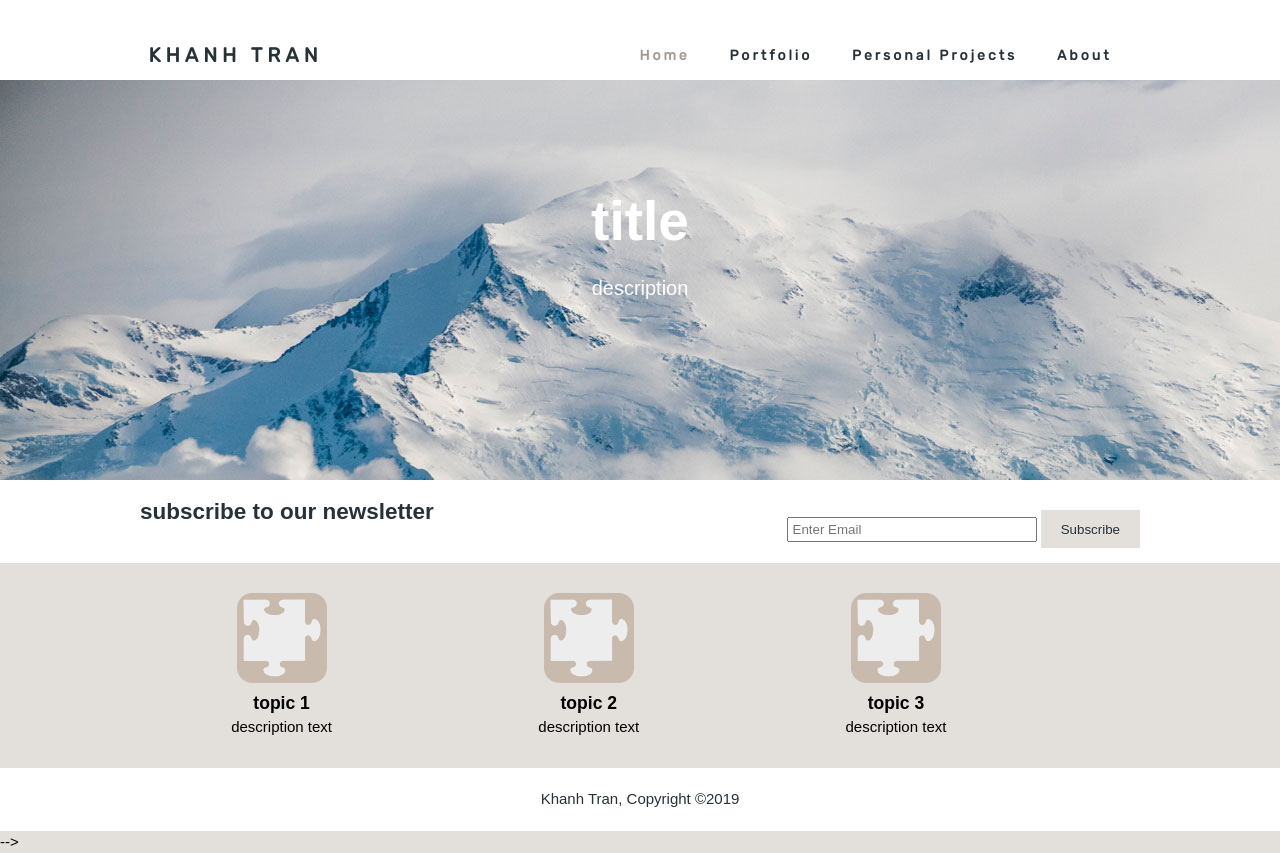
Repository: KTPo/KTPo.github.io
Page: index.html
The author's editor kept a record of every edit. The page is drawn from the files as they stood at one moment, then again after the next edit.
The browser window is 1280 px wide. The pictures show the whole page.

Above is the page before.

After the next edit:
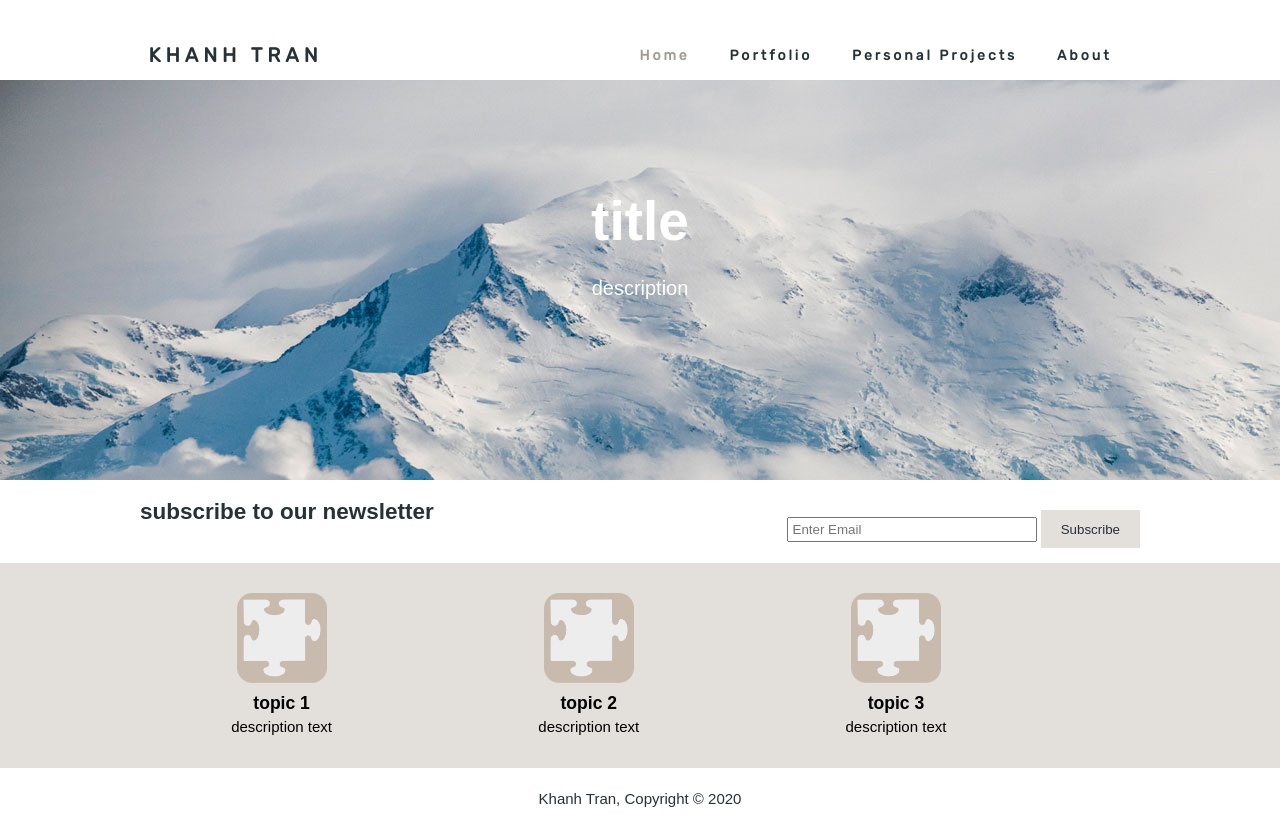
The edit:
--- a/index.html
+++ b/index.html
@@ -76,8 +76,8 @@
         </section>
 
         <footer>
-            <p>Khanh Tran, Copyright &copy;2019</p>
-        </footer>-->
+            <p>Khanh Tran, Copyright &copy; 2020</p>
+        </footer>
     </body>
 </html>
 
